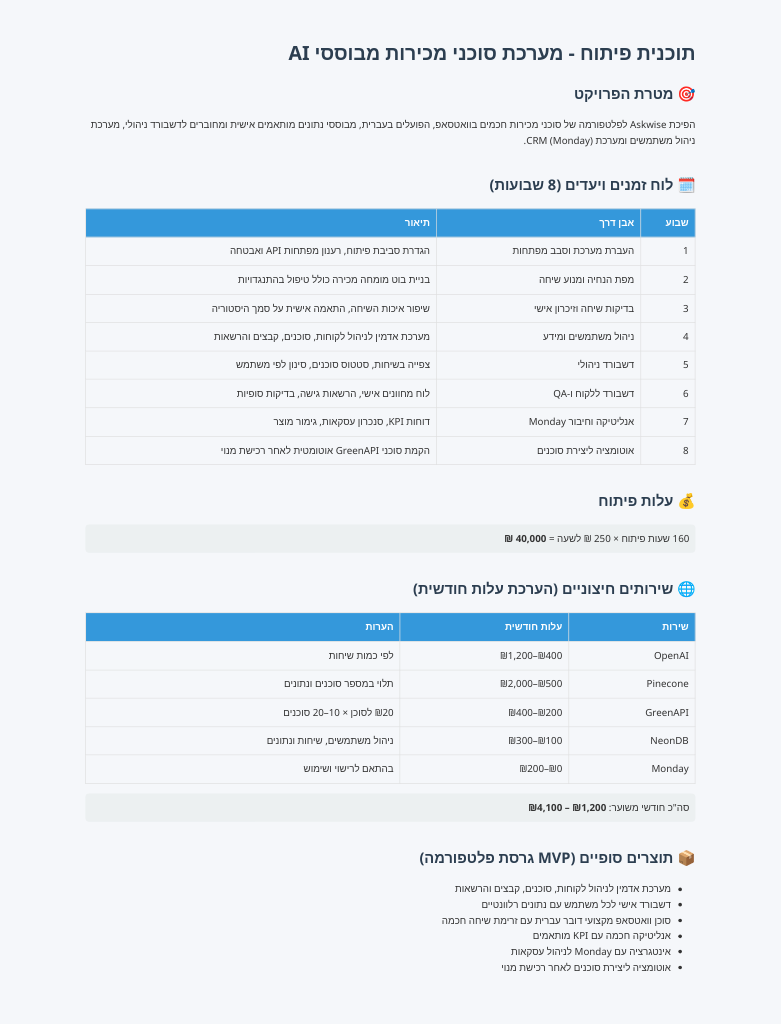
Repository: dangogit/askwise
Page: index.html
An editor plug-in stored every save of this project. The page is shown before and after the next save, followed by the edit.
The browser window is 1280 px wide. The pictures show the whole page, at 61% of full size.

Above is the page before, as saved 2025-05-23 16:21:21.

After the next save:
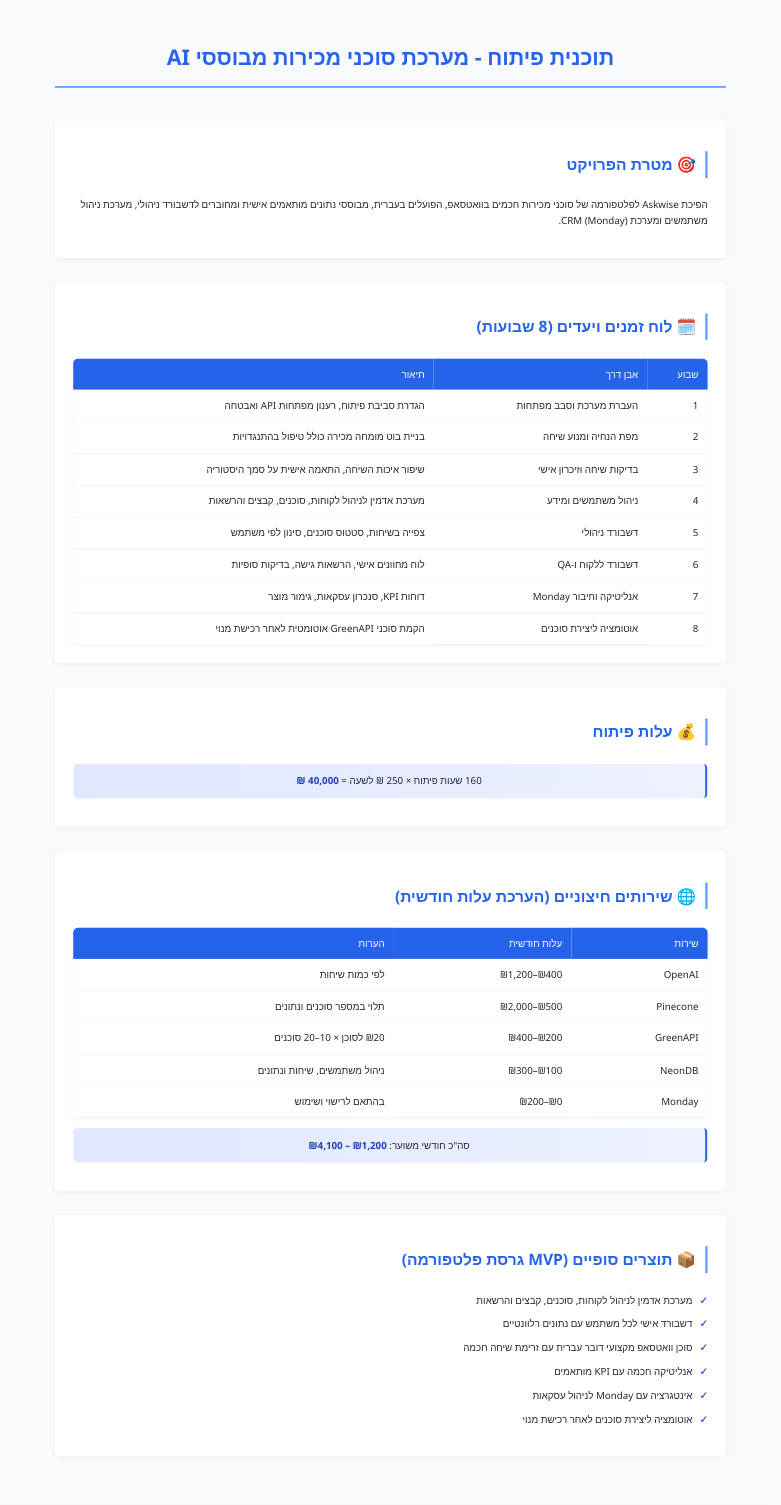
Saved 59 s later.
--- a/index.html
+++ b/index.html
@@ -2,41 +2,141 @@
 <html lang="he" dir="rtl">
 <head>
   <meta charset="UTF-8">
-  <title>תוכנית פיתוח - מערכת סוכני מכירות מבוססי AI</title>
-  <style>
+  <title>תוכנית פיתוח - מערכת סוכני מכירות מבוססי AI</title>  <style>
+    :root {
+      --primary-color: #2563eb;
+      --secondary-color: #1e40af;
+      --accent-color: #60a5fa;
+      --text-color: #1f2937;
+      --background-color: #f8fafc;
+      --border-radius: 8px;
+    }
+
     body {
-      font-family: 'Segoe UI', sans-serif;
-      background: #f5f7fa;
-      color: #333;
-      line-height: 1.6;
-      max-width: 1000px;
+      font-family: 'Rubik', 'Segoe UI', sans-serif;
+      background: var(--background-color);
+      color: var(--text-color);
+      line-height: 1.7;
+      max-width: 1100px;
       margin: auto;
-      padding: 40px;
+      padding: 40px 20px;
     }
+
+    @media (max-width: 768px) {
+      body {
+        padding: 20px 15px;
+      }
+    }
+
     h1, h2, h3 {
-      color: #2c3e50;
+      color: var(--primary-color);
+      margin-bottom: 1.2em;
+      font-weight: 600;
     }
+
+    h1 {
+      font-size: 2.2em;
+      text-align: center;
+      margin-bottom: 1.5em;
+      padding-bottom: 0.5em;
+      border-bottom: 3px solid var(--accent-color);
+    }
+
+    h2 {
+      font-size: 1.6em;
+      border-right: 4px solid var(--accent-color);
+      padding-right: 15px;
+    }
+
     .section {
+      background: white;
       margin-bottom: 40px;
+      padding: 30px;
+      border-radius: var(--border-radius);
+      box-shadow: 0 2px 10px rgba(0, 0, 0, 0.05);
+      transition: transform 0.2s ease-in-out;
     }
+
+    .section:hover {
+      transform: translateY(-2px);
+      box-shadow: 0 4px 15px rgba(0, 0, 0, 0.1);
+    }
+
     .highlight {
-      background: #ecf0f1;
-      padding: 10px;
-      border-radius: 6px;
+      background: linear-gradient(to left, #eef2ff, #e0e7ff);
+      padding: 15px 20px;
+      border-radius: var(--border-radius);
+      font-weight: 500;
+      text-align: center;
+      border-right: 4px solid var(--primary-color);
     }
+
     table {
       width: 100%;
-      border-collapse: collapse;
-      margin-top: 15px;
+      border-collapse: separate;
+      border-spacing: 0;
+      margin-top: 20px;
+      box-shadow: 0 2px 8px rgba(0, 0, 0, 0.05);
     }
+
     th, td {
-      padding: 10px;
-      border: 1px solid #ddd;
+      padding: 12px 15px;
       text-align: right;
     }
+
     th {
-      background-color: #3498db;
+      background-color: var(--primary-color);
       color: white;
+      font-weight: 500;
+    }
+
+    th:first-child {
+      border-top-right-radius: var(--border-radius);
+    }
+
+    th:last-child {
+      border-top-left-radius: var(--border-radius);
+    }
+
+    tr:last-child td:first-child {
+      border-bottom-right-radius: var(--border-radius);
+    }
+
+    tr:last-child td:last-child {
+      border-bottom-left-radius: var(--border-radius);
+    }
+
+    td {
+      background: white;
+      border-bottom: 1px solid #e5e7eb;
+    }
+
+    tr:hover td {
+      background-color: #f8fafc;
+    }
+
+    ul {
+      list-style: none;
+      padding: 0;
+    }
+
+    li {
+      margin-bottom: 12px;
+      padding-right: 25px;
+      position: relative;
+    }
+
+    li:before {
+      content: "✓";
+      color: var(--primary-color);
+      position: absolute;
+      right: 0;
+      font-weight: bold;
+    }
+
+    strong {
+      color: var(--secondary-color);
+      font-weight: 600;
     }
   </style>
 </head>
